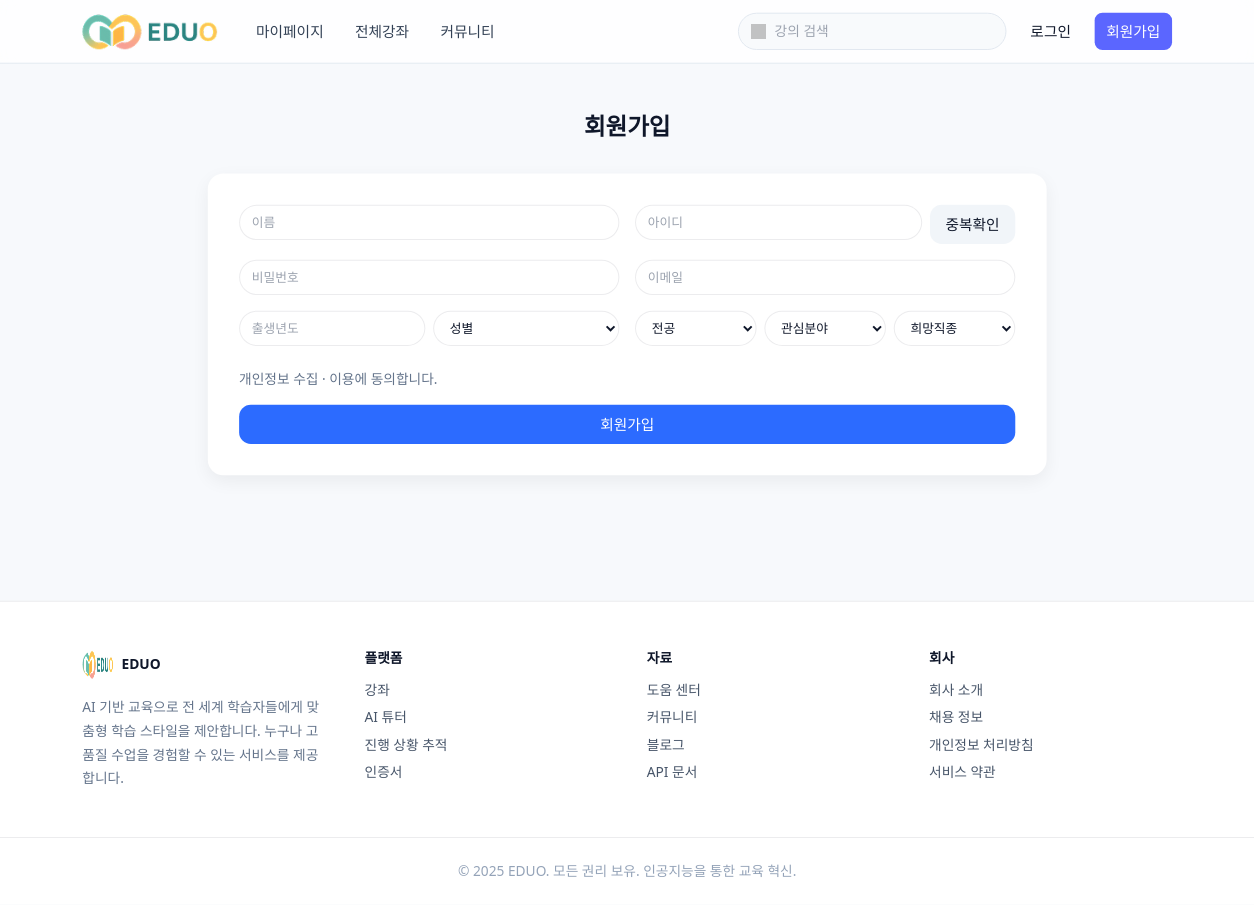
Repository: Iimchaehoon/eduoproject
Page: /register (app in client/)
The author's editor kept a copy of each file at every save. The page is drawn from the files as they stood at one save, then again after the next save.
The browser window is 1280 px wide. The pictures show the whole page, at 98% of full size.
Pictures or frames that could not be fetched are drawn as grey boxes. The project was rebuilt for these pictures with package versions that can differ from the ones it lists, and the page was loaded fresh each time. Also part of the build but not shown: client/vite.config.js, client/src/shared/CourseCard.jsx, client/src/pages/Home.jsx, client/src/components/CourseCard.jsx, client/src/pages/Search.jsx, client/src/pages/Course.jsx, client/src/pages/CourseEval.jsx, client/src/pages/CourseReview.jsx and 3 more.

Above is the page before, as saved 2025-10-17 02:58:10.

After the next save:
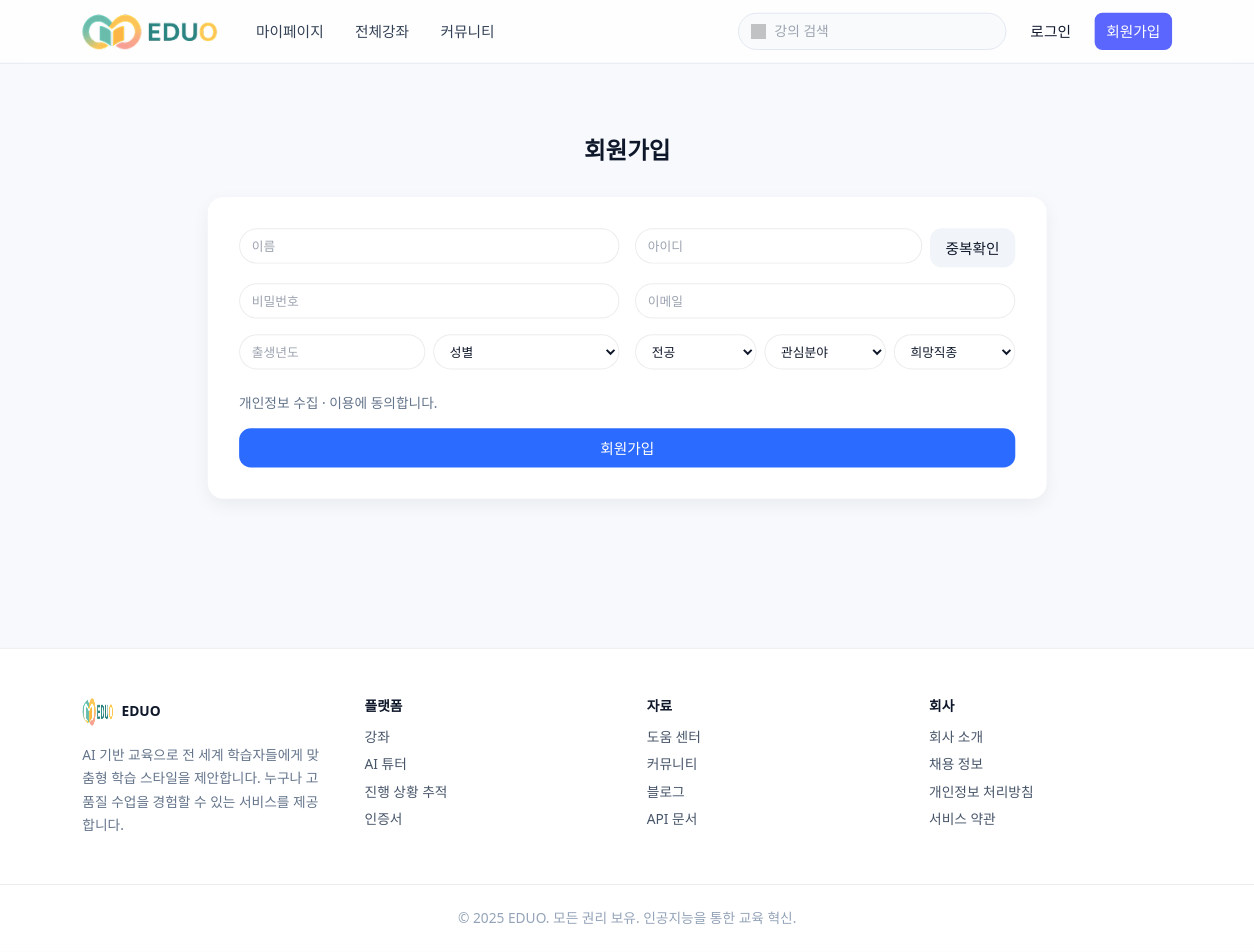
Saved 42 s later.
--- a/client/src/pages/App.jsx
+++ b/client/src/pages/App.jsx
@@ -5,9 +5,11 @@ import Footer from "../components/Footer.jsx";
 export default function App() {
   const loc = useLocation();
   return (
-    <div className="min-h-screen flex flex-col bg-[#F7F9FC]">
+    <div className="min-h-screen flex flex-col">
       <Navbar />
-      <main className="flex-1"><Outlet key={loc.key} /></main>
+      <main className="flex-1 max-w-6xl mx-auto w-full px-5 py-6">
+        <Outlet key={loc.key} />
+      </main>
       <Footer />
     </div>
   );
